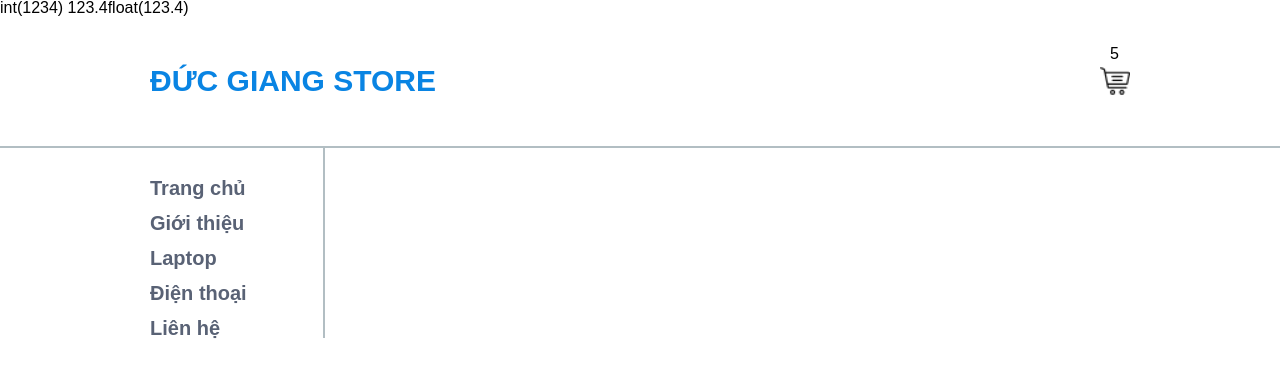
Repository: Giangattt123/PHP
Page: http://localhost/?mod=home&act=main
An editor plug-in stored every save of this project. The page is shown before and after the next save, followed by the edit.
The browser window is 1280 px wide. The pictures show the whole page.
Some web libraries are served in a nearby version. The page is run by PHP 8.4 with error messages shown; the project is at /var/www/html/.

Above is the page before, as saved 2023-03-20 20:38:08.
Console error: TypeError: Cannot read properties of null (reading 'addEventListener')

After the next save:
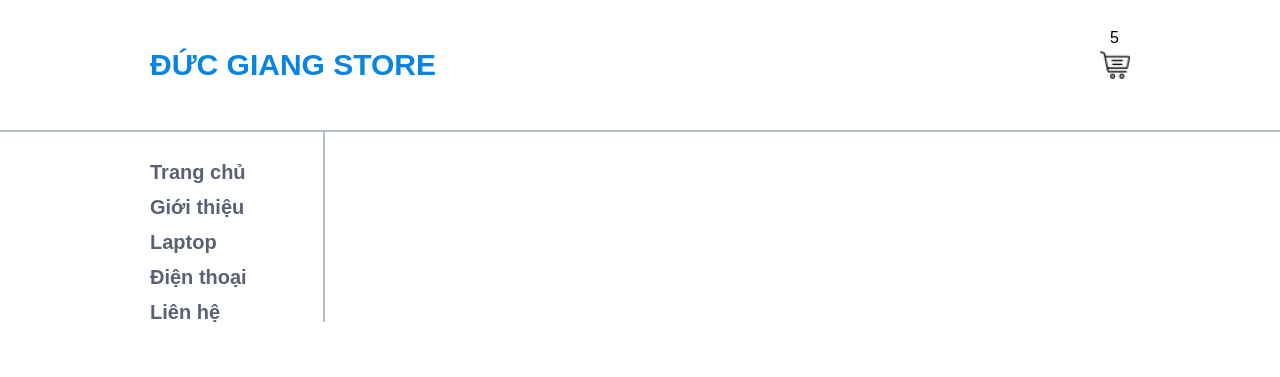
Saved 39 s later.
--- a/PHP_Shopping-Cart/Shopping_Cart/lib/number.php
+++ b/PHP_Shopping-Cart/Shopping_Cart/lib/number.php
@@ -5,7 +5,7 @@
 // Build-in function : number_format(number)
 // return number_format($number).' '."VND";
 // Build
-    function currency_format_1(){
+    function currency_format(){
         $amount = 1500000;
         $formattedAmount = "";
         $count = 0;
@@ -23,13 +23,13 @@
     //echo currency_format_1();
     // $x = 1500000;
     // echo var_dump($x);
-    $x = 1234;
-    echo var_dump($x);
-    $y = $x / 10;
-    echo $y;
-    echo var_dump($y);
-    function currency_format($number){
-        return number_format($number).' '."VND";
-    }
+    // $x = 1234;
+    // echo var_dump($x);
+    // $y = $x / 10;
+    // echo $y;
+    // echo var_dump($y);
+    // function currency_format($number){
+    //     return number_format($number).' '."VND";
+    // }
 
 ?>
